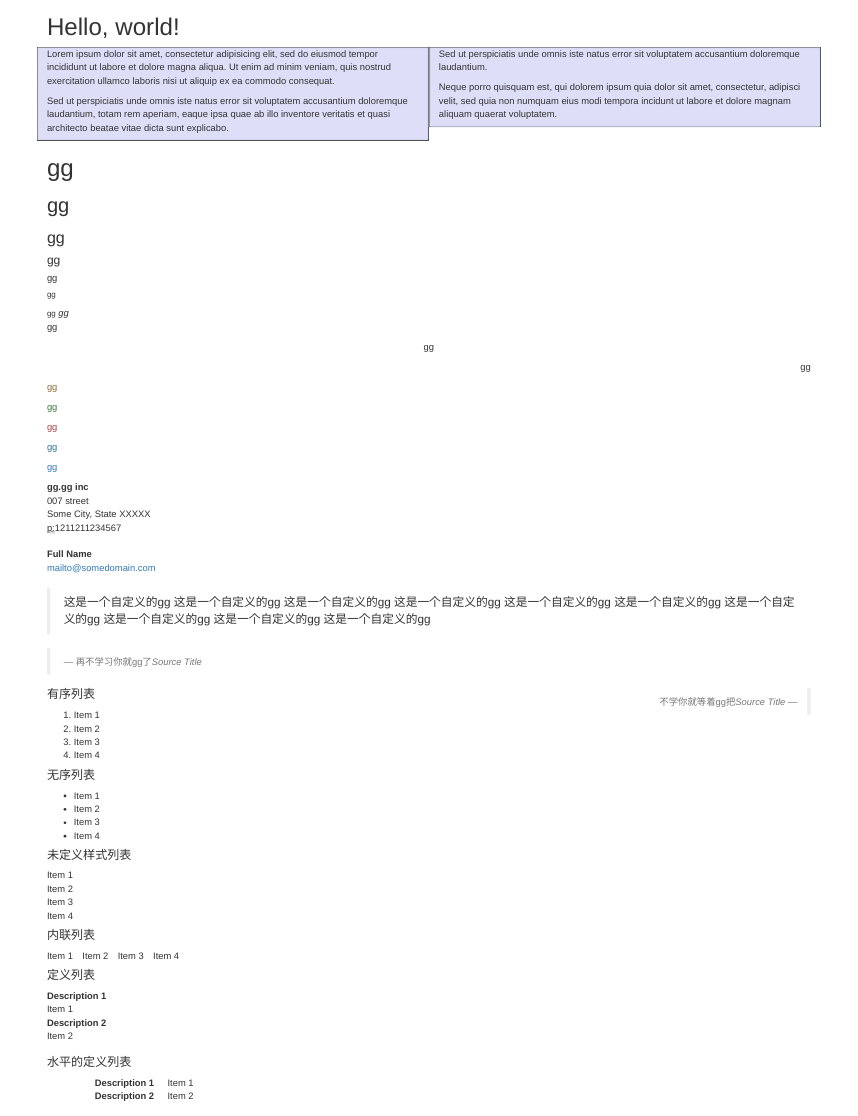
Repository: SnugHAN/eshop_real
Page: eshop_han/gg_shop/WebContent/test.html
The author's editor kept a copy of each file at every save. The page is drawn from the files as they stood at one save, then again after the next save.
The browser window is 1280 px wide. The pictures show the whole page, at 67% of full size.

Above is the page before, as saved 2017-05-26 08:15:49.
Console error (its wording comes from the project's code and is left out).

### eshop_han/gg_shop/WebContent/test.html
<!DOCTYPE html>
<html>
<head>
   <meta charset="utf-8">
   <meta name="viewport" content="width=deceive-width,
                                  initial-scale=1.0,
                                  maxmum-scale=1.0,
                                  user-scalable=no


   ">
   <title>测试一下bootstrap好用不</title>
  <link rel="stylesheet" href="bootstrap-3.3.7-dist/css/bootstrap.min.css">
  <link rel="stylesheeet" href="css/login.css">
   <script src="bootstrap-3.3.7-dist/js/bootstrap.min.js"></script>

</head>
<body>
    <div class="container">
    <h1>Hello, world!</h1>

    <div class="row">
        <div class="col-md-6"  style="background-color: #dedef8; box-shadow: inset 1px -1px 1px #444, inset -1px 1px 1px #444;">
            <p>Lorem ipsum dolor sit amet, consectetur adipisicing elit, sed do
            eiusmod tempor incididunt ut labore et dolore magna aliqua. Ut
            enim ad minim veniam, quis nostrud exercitation ullamco laboris
            nisi ut aliquip ex ea commodo consequat.
            </p>

            <p>Sed ut perspiciatis unde omnis iste natus error sit voluptatem
            accusantium doloremque laudantium, totam rem aperiam, eaque ipsa
            quae ab illo inventore veritatis et quasi architecto beatae vitae
            dicta sunt explicabo.
            </p>
        </div>

        <div class="col-md-6" style="background-color: #dedef8;box-shadow: inset 1px -1px 1px #444, inset -1px 1px 1px #444;">
            <p>Sed ut perspiciatis unde omnis iste natus error sit voluptatem
            accusantium doloremque laudantium.
            </p>

            <p> Neque porro quisquam est, qui dolorem ipsum quia dolor sit amet,
            consectetur, adipisci velit, sed quia non numquam eius modi
            tempora incidunt ut labore et dolore magnam aliquam quaerat
            voluptatem.
            </p>
        </div>
    </div>
    <div class="font">
    <h1>gg</h1>
    <h2>gg</h2>
    <h3>gg</h3>
    <h4>gg</h4>
    <h5>gg</h5>
    <h6>gg</h6>
    <small>gg</small>
    <em>gg</em>
    <p class="text-left">gg</p>
    <p class="text-center">gg</p>
    <p class="text-right">gg</p>
    <p class="text-warning">gg</p>
    <p class="text-success">gg</p>
    <p class="text-danger">gg</p>
    <p class="text-info">gg</p>
    <p class="text-primary">gg</p>
    </div>
    <address>
    <strong>gg.gg  inc</strong><br>
    007 street<br>
  Some City, State XXXXX<br>
  <abbr title="Phone">p:</abbr>1211211234567

    </address>
    <address>
    <strong>Full Name</strong><br>
  <a href="mailto:#">mailto@somedomain.com</a>
    </address>
    <blockquote><p>这是一个自定义的gg 这是一个自定义的gg 这是一个自定义的gg 这是一个自定义的gg 这是一个自定义的gg
    这是一个自定义的gg 这是一个自定义的gg 这是一个自定义的gg 这是一个自定义的gg 这是一个自定义的gg</p></blockquote>
<blockquote>
<small>再不学习你就gg了<cite title="Source Title">Source Title</cite></small>

</blockquote>
<blockquote class="pull-right">
<small>不学你就等着gg把<cite title="Source Title">Source Title</cite></small>
</blockquote>
<h4>有序列表</h4>
<ol>
  <li>Item 1</li>
  <li>Item 2</li>
  <li>Item 3</li>
  <li>Item 4</li>
</ol>
<h4>无序列表</h4>
<ul>
  <li>Item 1</li>
  <li>Item 2</li>
  <li>Item 3</li>
  <li>Item 4</li>
</ul>
<h4>未定义样式列表</h4>
<ul class="list-unstyled">
  <li>Item 1</li>
  <li>Item 2</li>
  <li>Item 3</li>
  <li>Item 4</li>
</ul>
<h4>内联列表</h4>
<ul class="list-inline">
  <li>Item 1</li>
  <li>Item 2</li>
  <li>Item 3</li>
  <li>Item 4</li>
</ul>
<h4>定义列表</h4>
<dl>
  <dt>Description 1</dt>
  <dd>Item 1</dd>
  <dt>Description 2</dt>
  <dd>Item 2</dd>
</dl>
<h4>水平的定义列表</h4>
<dl class="dl-horizontal">
  <dt>Description 1</dt>
  <dd>Item 1</dd>
  <dt>Description 2</dt>
  <dd>Item 2</dd>
</dl>
</div>

</body>
</html>

Loaded but not shown: eshop_han/gg_shop/WebContent/bootstrap-3.3.7-dist/css/bootstrap.min.css (library); eshop_han/gg_shop/WebContent/bootstrap-3.3.7-dist/js/bootstrap.min.js (library)

After the next save:
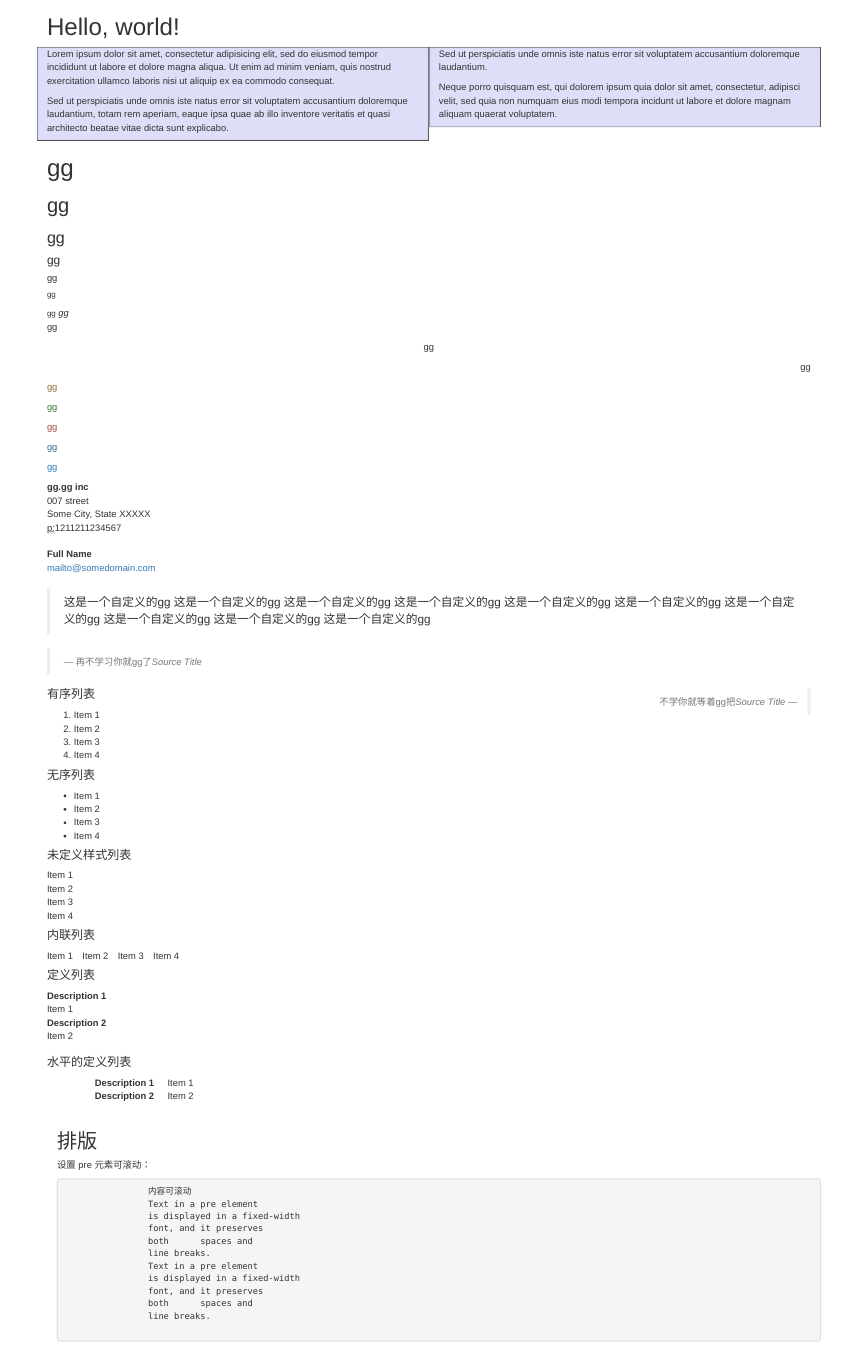
Saved 9 min 4 s later.
--- a/eshop_han/gg_shop/WebContent/test.html
+++ b/eshop_han/gg_shop/WebContent/test.html
@@ -126,6 +126,23 @@
   <dt>Description 2</dt>
   <dd>Item 2</dd>
 </dl>
+<div class="container">
+	<h2>排版</h2>
+	<p>设置 pre 元素可滚动：</p>
+	<pre class="pre-scrollable">
+		内容可滚动
+		Text in a pre element
+		is displayed in a fixed-width
+		font, and it preserves
+		both      spaces and
+		line breaks.
+		Text in a pre element
+		is displayed in a fixed-width
+		font, and it preserves
+		both      spaces and
+		line breaks.
+	</pre>
+</div>
 </div>
 
 </body>
